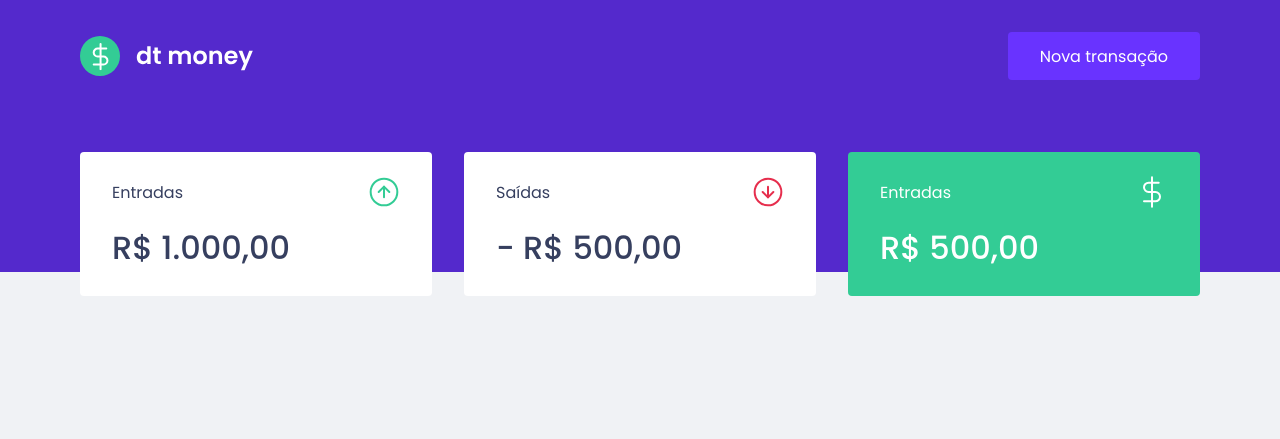
Repository: lucaslopesdevv/dtmoney
Page: /
These files come from the project's save history. The page is drawn as it stood at one moment and after a run of saves; the edit follows.
The browser window is 1280 px wide. The pictures show the whole page.
The project was rebuilt for these pictures with package versions that can differ from the ones it lists, and the page was loaded fresh each time.

Above is the page before, as saved 2021-12-06 22:01:16.

### public/index.html
<!DOCTYPE html>
<html lang="en">
  <head>
    <link rel="preconnect" href="https://fonts.googleapis.com">
    <link rel="preconnect" href="https://fonts.gstatic.com" crossorigin>
    <meta charset="utf-8" />
    <meta name="viewport" content="width=device-width, initial-scale=1" />

<Link rel="shortcut icon" href="favicon.png" type="image/png"/>

    <title>Dtmoney</title>
    <link href="https://fonts.googleapis.com/css2?family=Poppins:wght@400;500;600&family=Roboto:wght@400;700&display=swap" rel="stylesheet">


  </head>
  <body>
    <noscript>You need to enable JavaScript to run this app.</noscript>
    <div id="root"></div>
  </body>
</html>

### src/App.tsx

import { Dashboard } from "./components/Header/Dashboard";
import { Header } from "./components/Header/index";
import { GlobalStyle } from "./styles/global";

export function App() {
  return (
    <>
      <Header />
      <Dashboard />
      <GlobalStyle />
    </>
  );
}

### src/components/Header/Dashboard/index.tsx
import { Summary } from '../../Summary';

import { Container } from './styles';


export function Dashboard() {
    return (
        <Container>
            <Summary />
        </Container>
    );
}

### src/components/Header/index.tsx
import logoImg from '../../assets/logo.svg';
import { Container, Content } from './styles';

export function Header() {
    return (
        <Container>
            <Content>
                <img src={logoImg} alt="dt money" />
                <button type="button">
                    Nova transação
                </button>
            </Content>
        </Container>
    )
}

### src/styles/global.ts
import { createGlobalStyle } from 'styled-components';

export const GlobalStyle = createGlobalStyle`
:root {
    --background: #F0F2F5;
    --red: #e52e4d;
    --green: #33cc95;
    --blue: #5429cc;
    --blue-light: #6933ff;

    --text-title: #363f5f;
    --text-body: #969cb3;

    --shape: #ffffff;
}
    *{
        margin: 0;
        padding: 0;
        box-sizing: boder-box;
    }

/*font-size: 16px (Desktop)*/

html {
    @media (max-width: 1080px){
        font-size: 93.75%; /*15px*/
    }

    @media (max-width: 720px){
        font-size: 87.5%; /*14px*/
    }
}

    body {
        background-color: var(--background);
        -webkit-font-smoothing: antialiased;
    }

    body, input, textarea, button {
        font-family: 'Poppins', sans-serif;
        font-weight: 400;
    }

    h1, h2, h3, h4, h5, h6, strong{
        font-weight: 600;
    }

    button{
        cursor: pointer;
    }

    [disabled] {
        opacity: 0.6;
        cursor: not-allowed;
    }


`

### src/components/Summary/index.tsx
import incomeImg from '../../assets/income.svg';
import outcomeImg from '../../assets/outcome.svg';
import totalImg from '../../assets/total.svg';

import { Container } from './styles';

export function Summary() {
    return (
        <Container>
            <div>
                <header>
                    <p>Entradas</p>
                    <img src={incomeImg} alt="Entradas" />
                </header>
                <strong>R$ 1.000,00</strong>
            </div>

            <div>
                <header>
                    <p>Saídas</p>
                    <img src={outcomeImg} alt="Saídas" />
                </header>
                <strong>- R$ 500,00</strong>
            </div>

            <div className="highlight-background">
                <header>
                    <p>Entradas</p>
                    <img src={totalImg} alt="Total" />
                </header>
                <strong>R$ 500,00</strong>
            </div>
        </Container>
    )
}

### src/components/Header/Dashboard/styles.ts
import styled from "styled-components";

export const Container = styled.main`

    max-width: 1120px;
    margin: 0 auto;
    padding: 2.5rem 1rem;
`;

### src/components/Header/styles.ts
import styled from 'styled-components';

export const Container = styled.header`
background: var(--blue);

`;

export const Content = styled.div`
    max-width: 1120px;
    margin: 0 auto;

    padding: 2rem 1rem 12rem;
    display: flex;
    align-items: center;
    justify-content: space-between;

button{
    font-size: 1rem;
    color: #FFF;
    background: var(--blue-light);
    border: 0;
    padding: 0 2rem;
    border-radius: 0.25rem;
    height: 3rem;

    transition: filter 0.2s;

    &:hover{
        filter: brightness(0.9);
    }
}
`;

### src/components/Summary/styles.ts
import styled from "styled-components";

export const Container = styled.div`
    display: grid;
    grid-template-columns: repeat(3, 1fr);
    gap: 2rem;
    margin-top: -10rem;

    div {
        background: var(--shape);
        padding: 1.5rem 2rem;
        border-radius: 0.25rem;
        color: var(--text-title);


    header{
        display: flex;
        align-items: center;
        justify-content: space-between;
    }

    strong {
        display: block;
        margin-top: 1rem;
        font-size: 2rem;
        font-weight: 500;
        line-height: 3rem;
    }

    &.highlight-background{
        background: var(--green);
        color: #FFF;
    }
}
`;

### src/components/TransactionsTable/index.tsx
import { Container } from "./styles";

export function TransactionsTable {
    return (
        <Container>
            <table>
                <thead>
                    <tr>
                        <th>Título</th>
                        <th>Valor</th>
                        <th>Categoria</th>
                        <th>Data</th>
                    </tr>
                </thead>
                <tbody>
                    <tr>
                        <td>Desenvolvimento de Website</td>
                        <td>R$12.000,00</td>
                        <td>Desenvolvimento</td>
                        <td>20/02/2021</td>
                    </tr>
                    <tr>
                        <td>Desenvolvimento de Website</td>
                        <td>R$12.000,00</td>
                        <td>Desenvolvimento</td>
                        <td>20/02/2021</td>
                    </tr>
                    <tr>
                        <td>Desenvolvimento de Website</td>
                        <td>R$12.000,00</td>
                        <td>Desenvolvimento</td>
                        <td>20/02/2021</td>
                    </tr>
                </tbody>
            </table>
        </Container>
    );
}

Loaded but not shown: src/index.tsx (common file); src/components/TransactionsTable/styles.ts (common file)

After the next 2 saves:
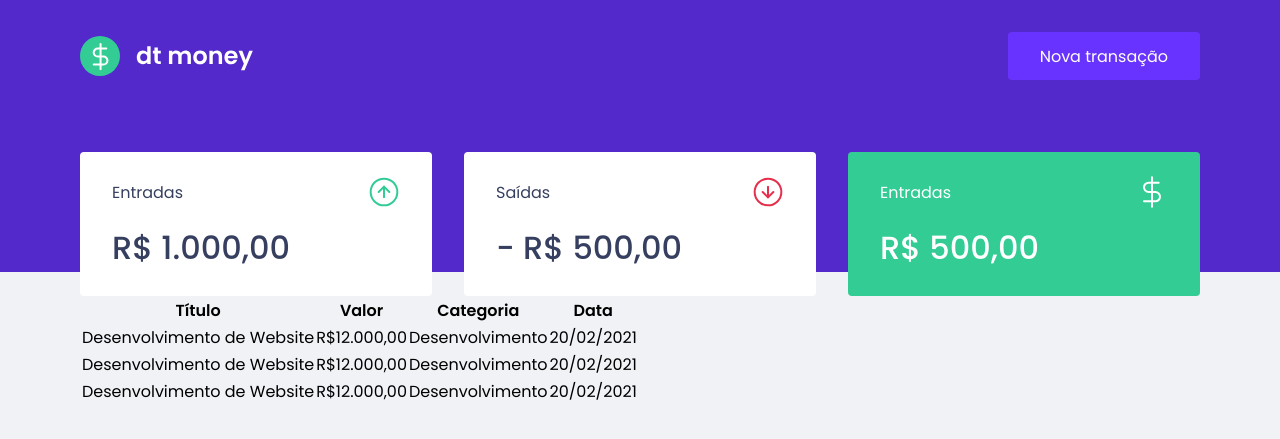
The 2 saves are shown as one change because 1 did not build or start.
The last was saved 79 s later.
--- a/src/components/Header/Dashboard/index.tsx
+++ b/src/components/Header/Dashboard/index.tsx
@@ -1,4 +1,5 @@
 import { Summary } from '../../Summary';
+import { TransactionsTable } from '../../TransactionsTable';
 
 import { Container } from './styles';
 
@@ -7,6 +8,7 @@ export function Dashboard() {
     return (
         <Container>
             <Summary />
+            <TransactionsTable/>
         </Container>
     );
 }
--- a/src/components/TransactionsTable/index.tsx
+++ b/src/components/TransactionsTable/index.tsx
@@ -1,6 +1,6 @@
 import { Container } from "./styles";
 
-export function TransactionsTable {
+export function TransactionsTable (){
     return (
         <Container>
             <table>
